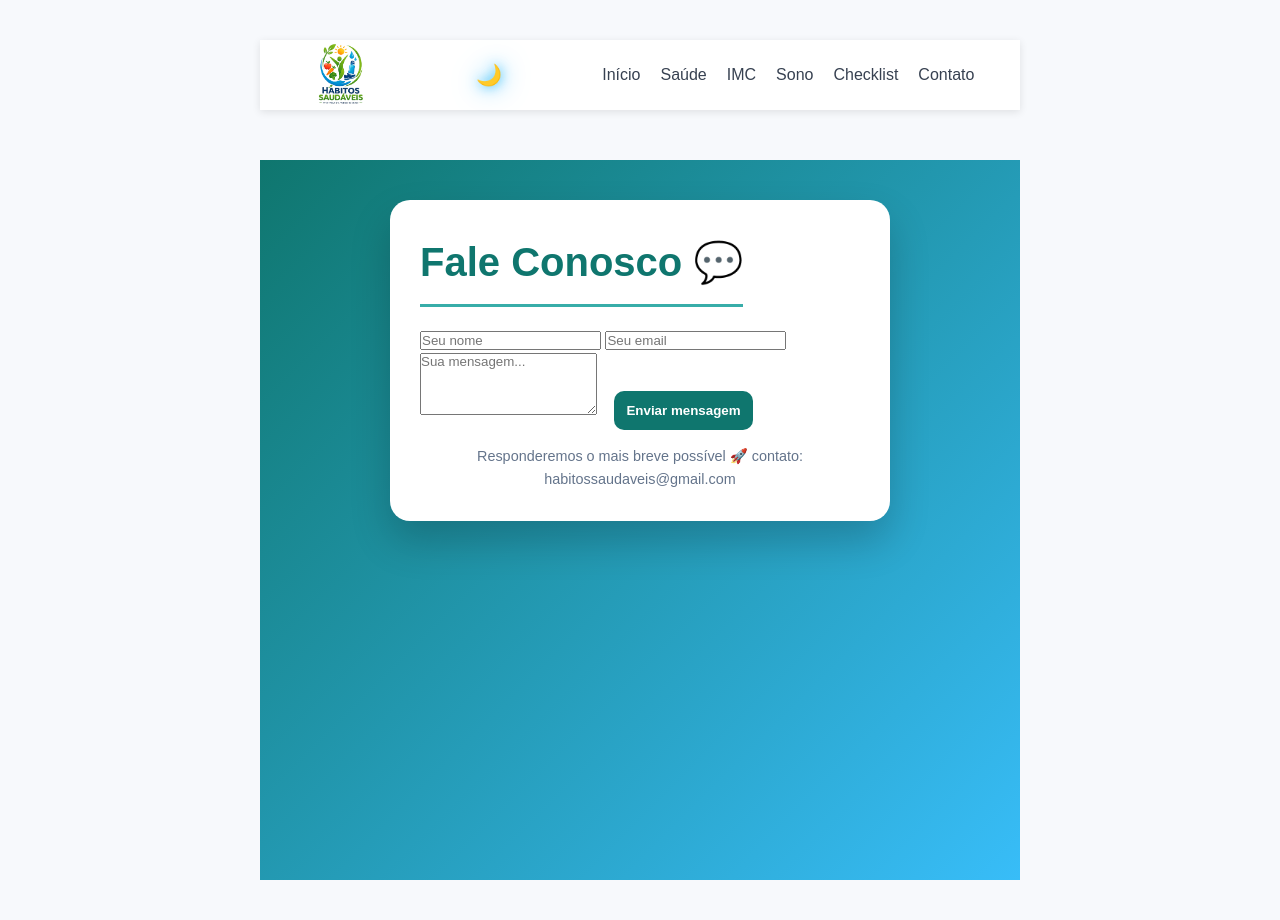
Repository: habitos2026/projetointegrador2026
Page: contato.html
These files come from the project's save history. The page is drawn as it stood at one moment and after the next save; the edit follows.
The browser window is 1280 px wide. The pictures show the whole page.
The pointer rests on the first visible `.contato-box button`.

Above is the page before, as saved 2026-06-10 23:12:42.

After the next save:
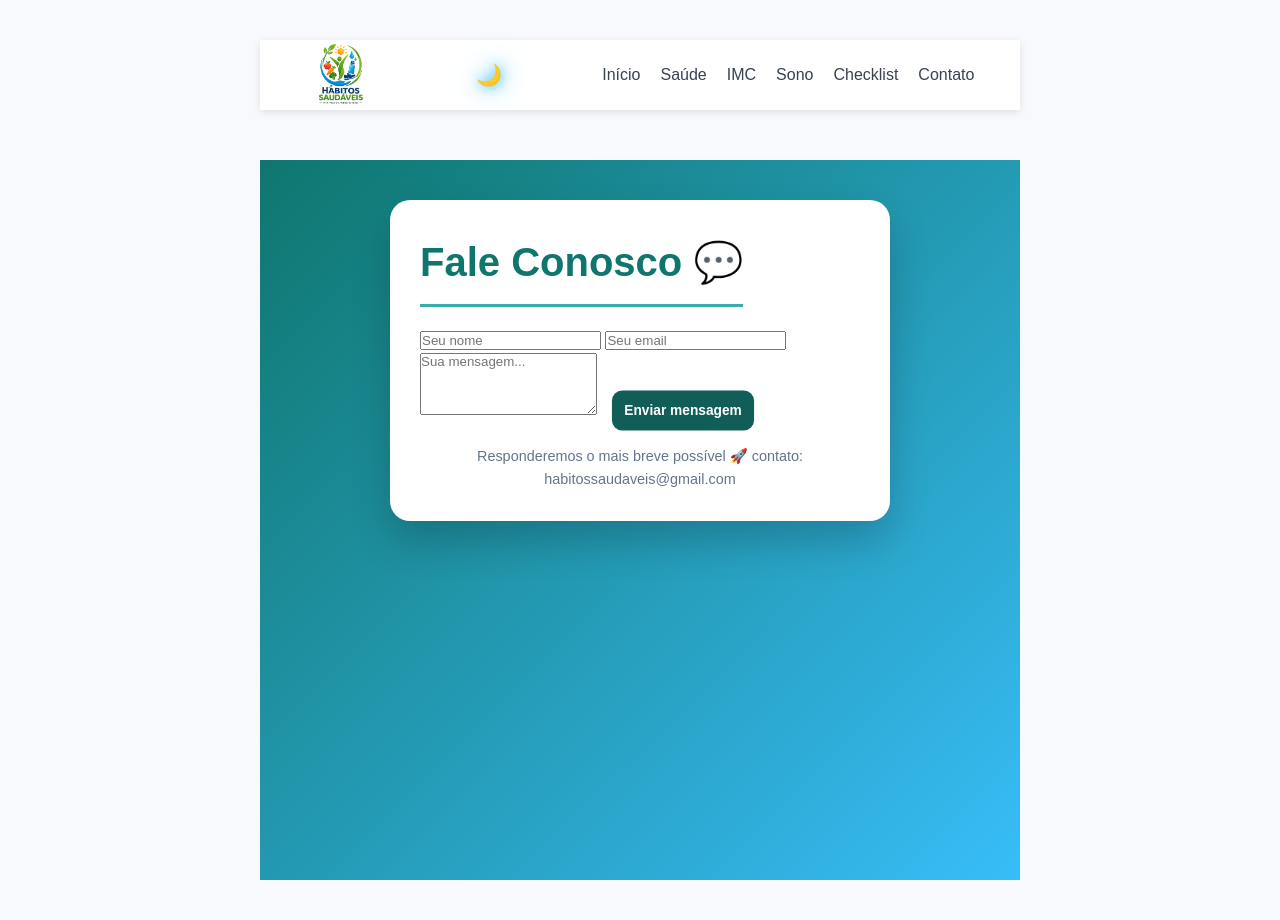
Saved 5 s later.
--- a/contato.html
+++ b/contato.html
@@ -157,7 +157,11 @@
     transition: 0.3s;
 }
 
-
+.contato-box button:hover {
+    background: #115e59;
+    transform: scale(1.03);
+    cursor: pointer;
+}
 
 /* TEXTO */
 .info {
